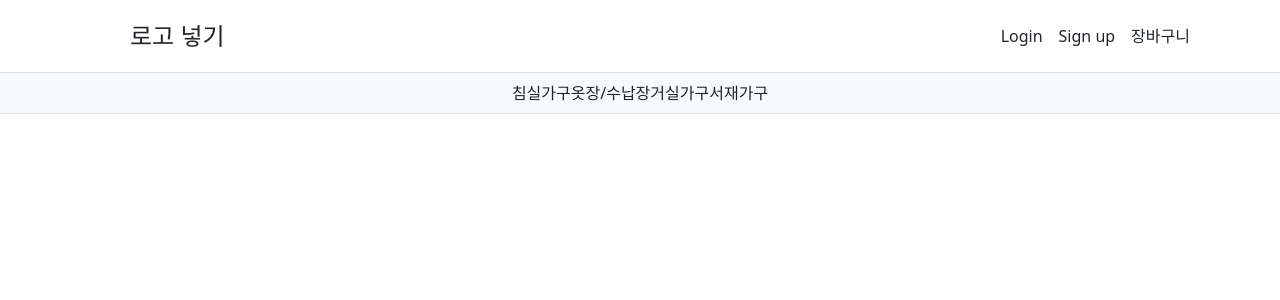
Repository: raoniee/Elice-House-Project
Page: FE/src/components/header/header.html
An editor plug-in stored every save of this project. The page is shown before and after the next save, followed by the edit.
The browser window is 1280 px wide. The pictures show the whole page.

Above is the page before, as saved 2023-07-04 16:25:36.

### FE/src/components/header/header.html
<!DOCTYPE html>
<html lang="ko">
  <head>
    <meta charset="UTF-8" />
    <meta http-equiv="X-UA-Compatible" content="IE=edge" />
    <meta name="viewport" content="width=device-width, initial-scale=1.0" />
    <title>Elice-House</title>
    <link
      href="https://cdn.jsdelivr.net/npm/bootstrap@5.2.3/dist/css/bootstrap.min.css"
      rel="stylesheet"
      integrity="sha384-rbsA2VBKQhggwzxH7pPCaAqO46MgnOM80zW1RWuH61DGLwZJEdK2Kadq2F9CUG65"
      crossorigin="anonymous"
    />
  </head>

  <body>
    <header class="py-3 border-bottom">
      <div class="container d-flex flex-wrap justify-content-center">
        <a
          href="/"
          class="d-flex align-items-center mb-3 mb-lg-0 me-lg-auto text-dark text-decoration-none"
        >
          <svg class="bi me-2" width="40" height="32">
            <use xlink:href="#bootstrap" />
          </svg>
          <span class="fs-4">로고 넣기</span>
        </a>
        <ul class="nav">
          <li class="nav-item">
            <a href="" class="nav-link link-dark px-2">Login</a>
          </li>
          <li class="nav-item">
            <a href="" class="nav-link link-dark px-2">Sign up</a>
          </li>
          <li class="nav-item">
            <a href="" class="nav-link link-dark px-2">장바구니</a>
          </li>
        </ul>
      </div>
    </header>
    <nav class="py-2 bg-light border-bottom">
      <div class="container">
        <ul class="nav justify-content-center">
          <li class="nav-item">
            <div class="dropdown text-end">
              <a
                href="#"
                class="d-block link-dark text-decoration-none"
                data-bs-toggle="dropdown"
                aria-expanded="false"
                >침실가구
              </a>
              <ul class="dropdown-menu text-small">
                <li><a class="dropdown-item" href="#">침대</a></li>
                <li><a class="dropdown-item" href="#">매트리스/토퍼</a></li>
                <li><a class="dropdown-item" href="#">화장대/콘솔/거울</a></li>
                <li><a class="dropdown-item" href="#">서랍장/협탁</a></li>
              </ul>
            </div>
          </li>
          <li class="nav-item">
            <div class="dropdown text-end">
              <a
                href="#"
                class="d-block link-dark text-decoration-none"
                data-bs-toggle="dropdown"
                aria-expanded="false"
                >옷장/수납장
              </a>
              <ul class="dropdown-menu text-small">
                <li><a class="dropdown-item" href="#">침대</a></li>
                <li><a class="dropdown-item" href="#">매트리스/토퍼</a></li>
                <li><a class="dropdown-item" href="#">화장대/콘솔/거울</a></li>
                <li><a class="dropdown-item" href="#">서랍장/협탁</a></li>
              </ul>
            </div>
          </li>
          <li class="nav-item">
            <div class="dropdown text-end">
              <a
                href="#"
                class="d-block link-dark text-decoration-none"
                data-bs-toggle="dropdown"
                aria-expanded="false"
                >거실가구
              </a>
              <ul class="dropdown-menu text-small">
                <li><a class="dropdown-item" href="#">침대</a></li>
                <li><a class="dropdown-item" href="#">매트리스/토퍼</a></li>
                <li><a class="dropdown-item" href="#">화장대/콘솔/거울</a></li>
                <li><a class="dropdown-item" href="#">서랍장/협탁</a></li>
              </ul>
            </div>
          </li>
          <li class="nav-item">
            <div class="dropdown text-end">
              <a
                href="#"
                class="d-block link-dark text-decoration-none"
                data-bs-toggle="dropdown"
                aria-expanded="false"
                >서재가구
              </a>
              <ul class="dropdown-menu text-small">
                <li><a class="dropdown-item" href="#">침대</a></li>
                <li><a class="dropdown-item" href="#">매트리스/토퍼</a></li>
                <li><a class="dropdown-item" href="#">화장대/콘솔/거울</a></li>
                <li><a class="dropdown-item" href="#">서랍장/협탁</a></li>
              </ul>
            </div>
          </li>
        </ul>
      </div>
    </nav>
    <script
      src="https://cdn.jsdelivr.net/npm/bootstrap@5.2.3/dist/js/bootstrap.bundle.min.js"
      integrity="sha384-kenU1KFdBIe4zVF0s0G1M5b4hcpxyD9F7jL+jjXkk+Q2h455rYXK/7HAuoJl+0I4"
      crossorigin="anonymous"
    ></script>
  </body>
</html>

After the next save:
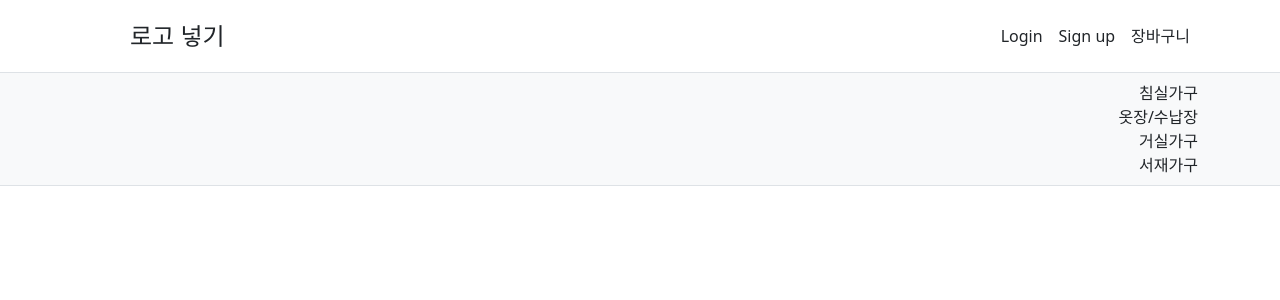
Saved 64 s later.
--- a/FE/src/components/header/header.html
+++ b/FE/src/components/header/header.html
@@ -40,7 +40,7 @@
     </header>
     <nav class="py-2 bg-light border-bottom">
       <div class="container">
-        <ul class="nav justify-content-center">
+        <ul class="navbar-nav me-auto mb-2 mb-lg-0 justify-content-center">
           <li class="nav-item">
             <div class="dropdown text-end">
               <a
